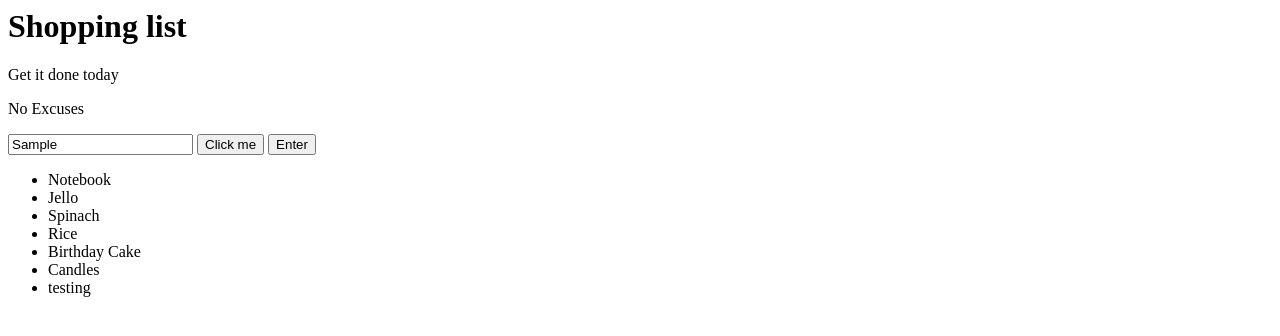
Repository: michalJanaGitHub/michalJanaGitHub.github.io
Page: projects in progress/DOM Events/index.html
The author's editor kept a copy of each file at every save. The page is drawn from the files as they stood at one save, then again after the next save.
The browser window is 1280 px wide. The pictures show the whole page.
Empty fields were first filled with sample values (such as "Sample", 5 or name@example.com).
After loading, the first visible `#but2` was clicked once.

Above is the page before, as saved 2018-09-07 19:50:15.

After the next save:
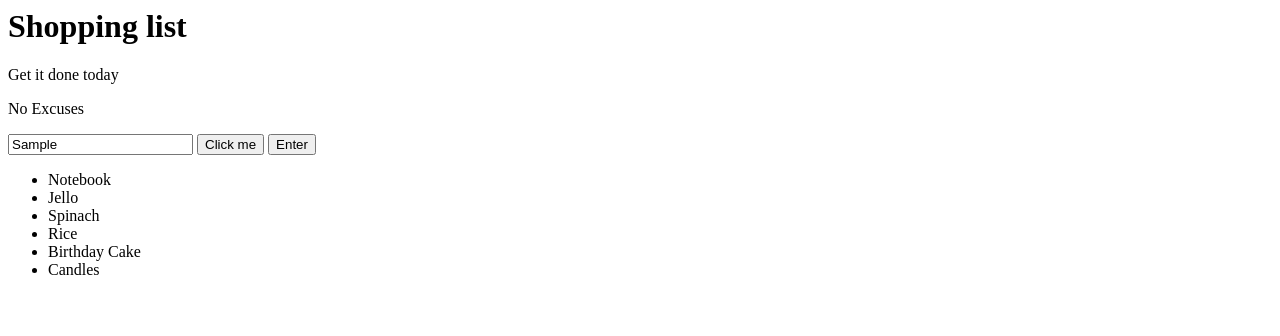
Console error: TypeError: Cannot read properties of null (reading 'value')
Saved 2 min 29 s later.
--- a/projects in progress/DOM Events/main.js
+++ b/projects in progress/DOM Events/main.js
@@ -1,16 +1,18 @@
 window.onload = function(){
     var button = document.getElementsByTagName("button");
+    var input = document.getElementById("input");
+    var butEnter = document.getElementById("but2");
+    var li = document.createElement("li");
+    var ul = document.getElementsByTagName("ul");
+
     button[0].addEventListener("mouseEnter", function() {
         console.log("CLICK!!!");
     });
-    var input = document.getElementById("input");
 
-    var butEnter = document.getElementById("but2");
     butEnter.addEventListener("click", function(){
         console.log("click is working");
-        var li = document.createElement("li");
-        li.appendChild(document.createTextNode("testing"));
-        var ul = document.getElementsByTagName("ul");
+
+        li.appendChild(document.createTextNode(input.value));
         ul[0].appendChild(li);
     });
 
